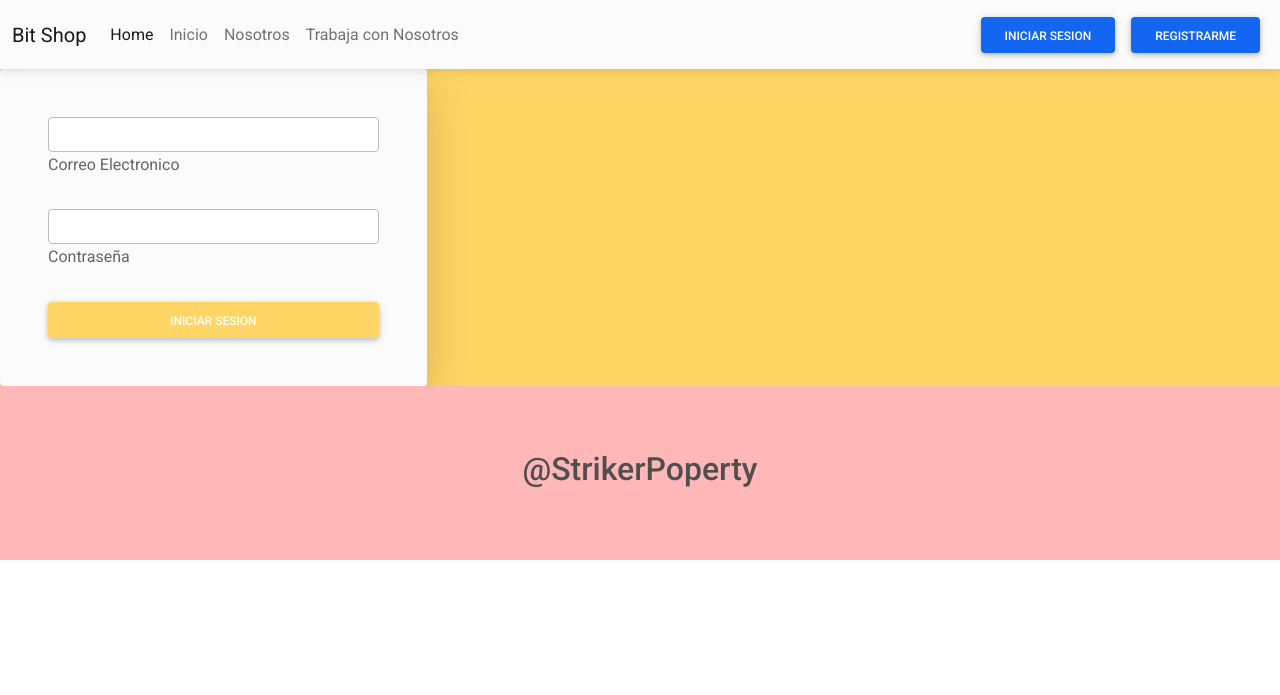
Repository: TzStrikerYT/myClassRoom
Page: /login (app in bit-shop-front/)
An editor plug-in stored every save of this project. The page is shown before and after the next save, followed by the edit.
The browser window is 1280 px wide. The pictures show the whole page.
The project was rebuilt for these pictures with package versions that can differ from the ones it lists, and the page was loaded fresh each time. Also part of the build but not shown: bit-shop-front/angular.json, bit-shop-front/src/app/components/home/home.component.ts, bit-shop-front/src/app/components/not-found/not-found.component.ts.

Above is the page before, as saved 2022-02-23 19:05:56.

After the next save:
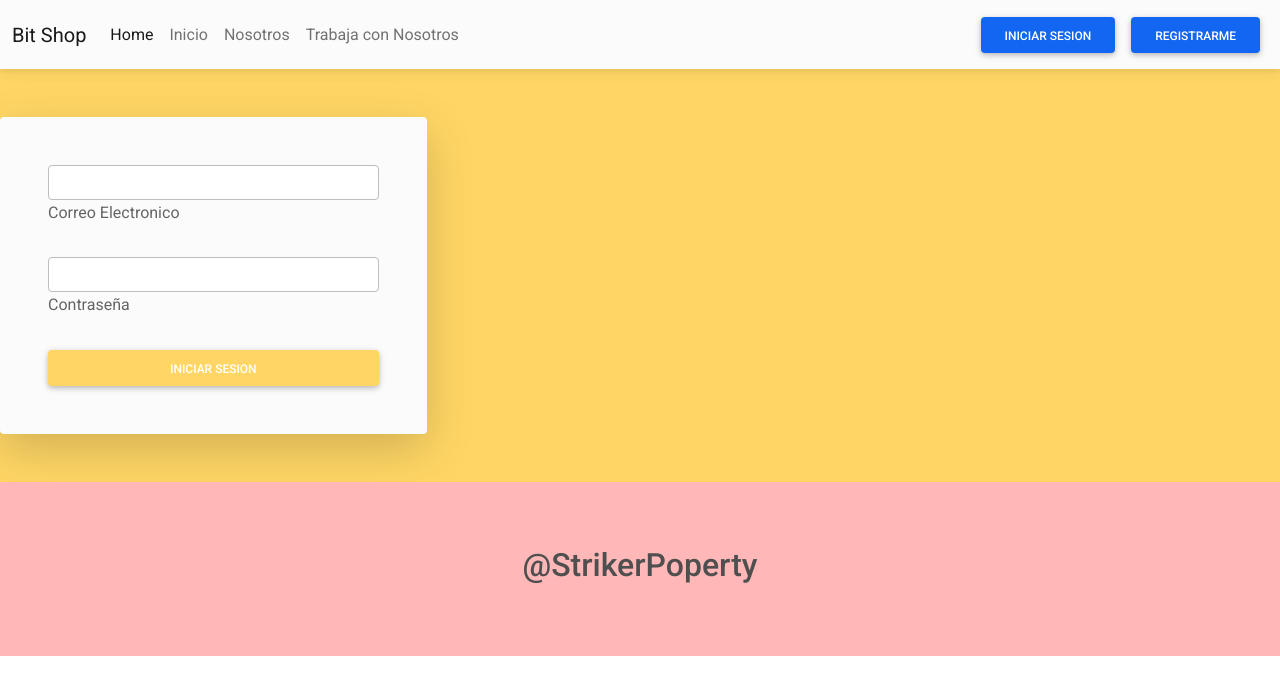
Saved 8 s later.
--- a/bit-shop-front/src/app/components/login/login.component.html
+++ b/bit-shop-front/src/app/components/login/login.component.html
@@ -1,4 +1,4 @@
-<section class="bg-yellow">
+<section class="bg-yellow py-5">
 
     <div class="col-md-4 p-5 shadow-lg rounded bg-light">
         <form>
